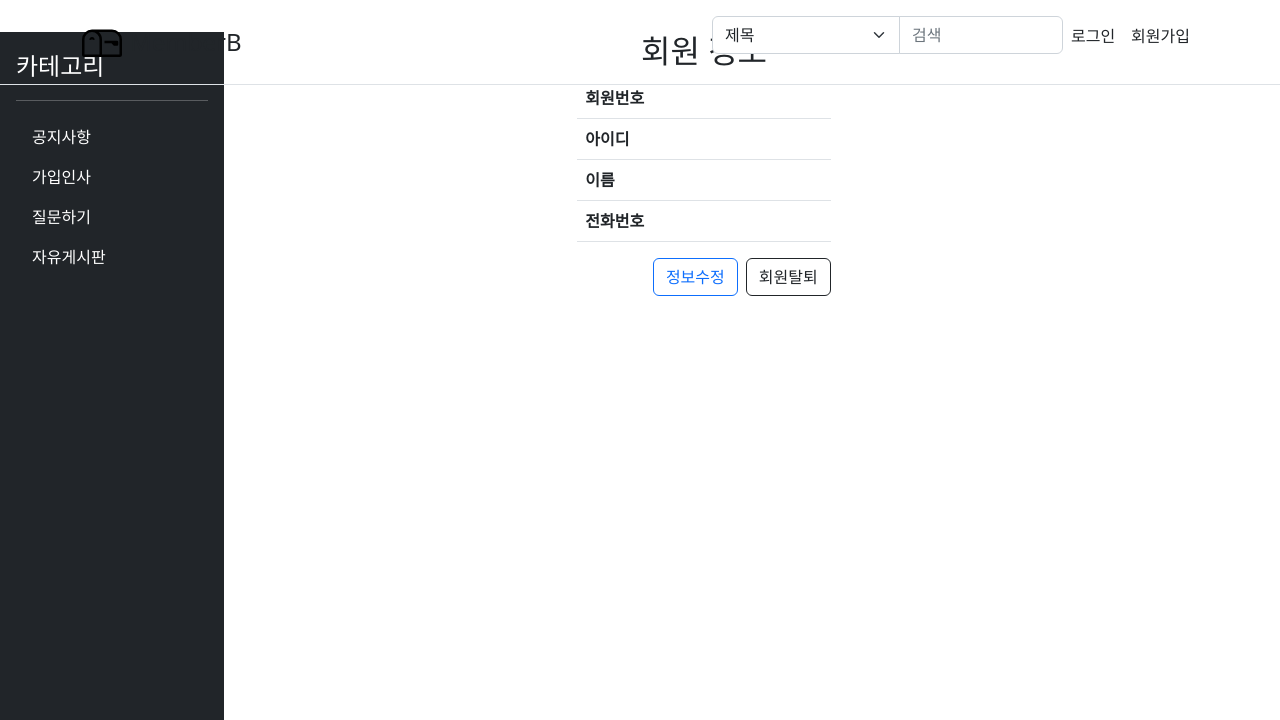
Repository: charmErin/board_220915
Page: http://localhost/board/WEB-INF/views/member/detail.jsp
These files come from the project's save history. The page is drawn as it stood at one moment and after the next save; the edit follows.
The browser window is 1280 px wide. The pictures show the whole page.
The page is served by Tomcat 9. Nobody is signed in. The template is opened directly, without the code that normally fills it, so the values that code supplies are empty.

Above is the page before, as saved 2022-09-16 02:35:39.
Console error: SyntaxError: Unexpected token ';'

After the next save:
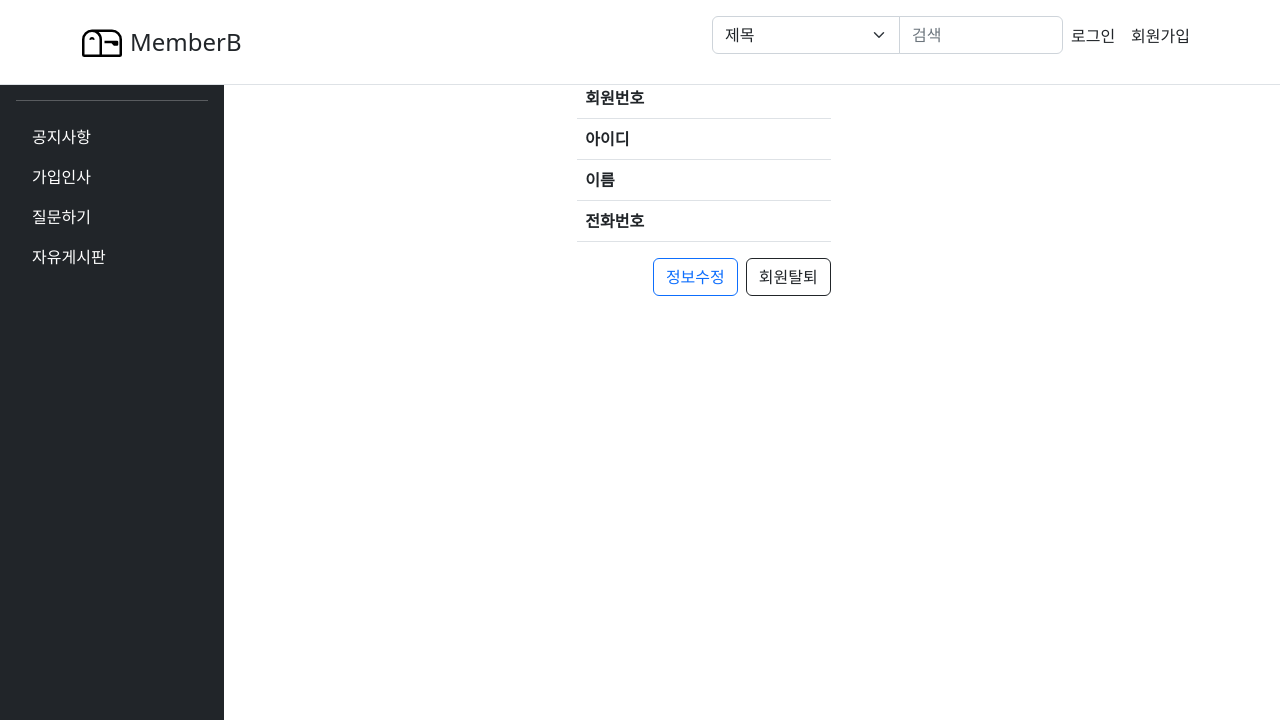
Saved 37 s later.
--- a/board/src/main/webapp/WEB-INF/views/layout/header.jsp
+++ b/board/src/main/webapp/WEB-INF/views/layout/header.jsp
@@ -9,6 +9,9 @@
 <link href="https://cdn.jsdelivr.net/npm/bootstrap@5.2.1/dist/css/bootstrap.min.css" rel="stylesheet" integrity="sha384-iYQeCzEYFbKjA/T2uDLTpkwGzCiq6soy8tYaI1GyVh/UjpbCx/TYkiZhlZB6+fzT" crossorigin="anonymous">
 <title>Insert title here</title>
 <style>
+	header {
+		background-color: white;
+	}
 	.side-bar {
 		width: 14rem;
 		height: 100%;
